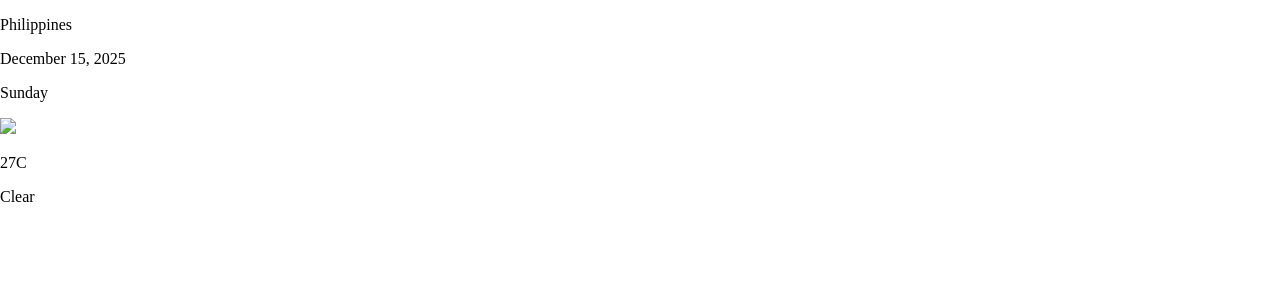
Repository: dmpelaez/weatherApp
Page: WeatherApp.html
An editor plug-in stored every save of this project. The page is shown before and after the next save, followed by the edit.
The browser window is 1280 px wide. The pictures show the whole page.
The page's requests for data from a server got no answer.

Above is the page before, as saved 2025-12-14 12:06:14.

After the next save:
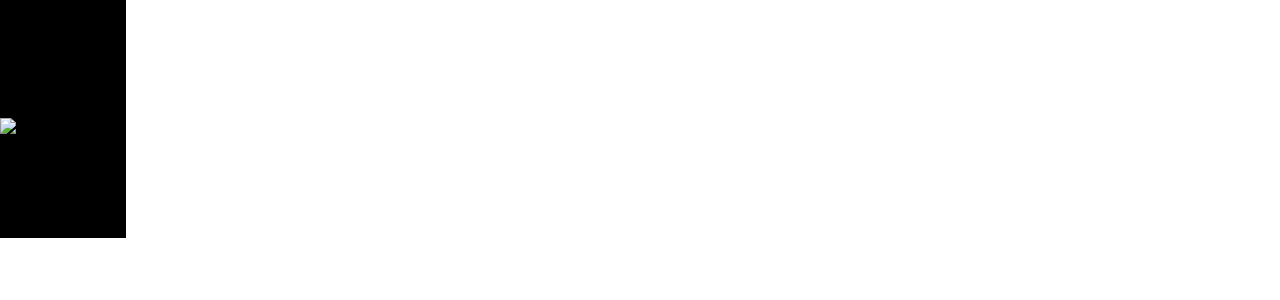
Saved 7 s later.
--- a/WeatherApp.css
+++ b/WeatherApp.css
@@ -8,7 +8,7 @@
 display: flex;
 
 }
-.weatherVisual {
+.WeatherVisual {
   display: grid;
   background: black;
 
